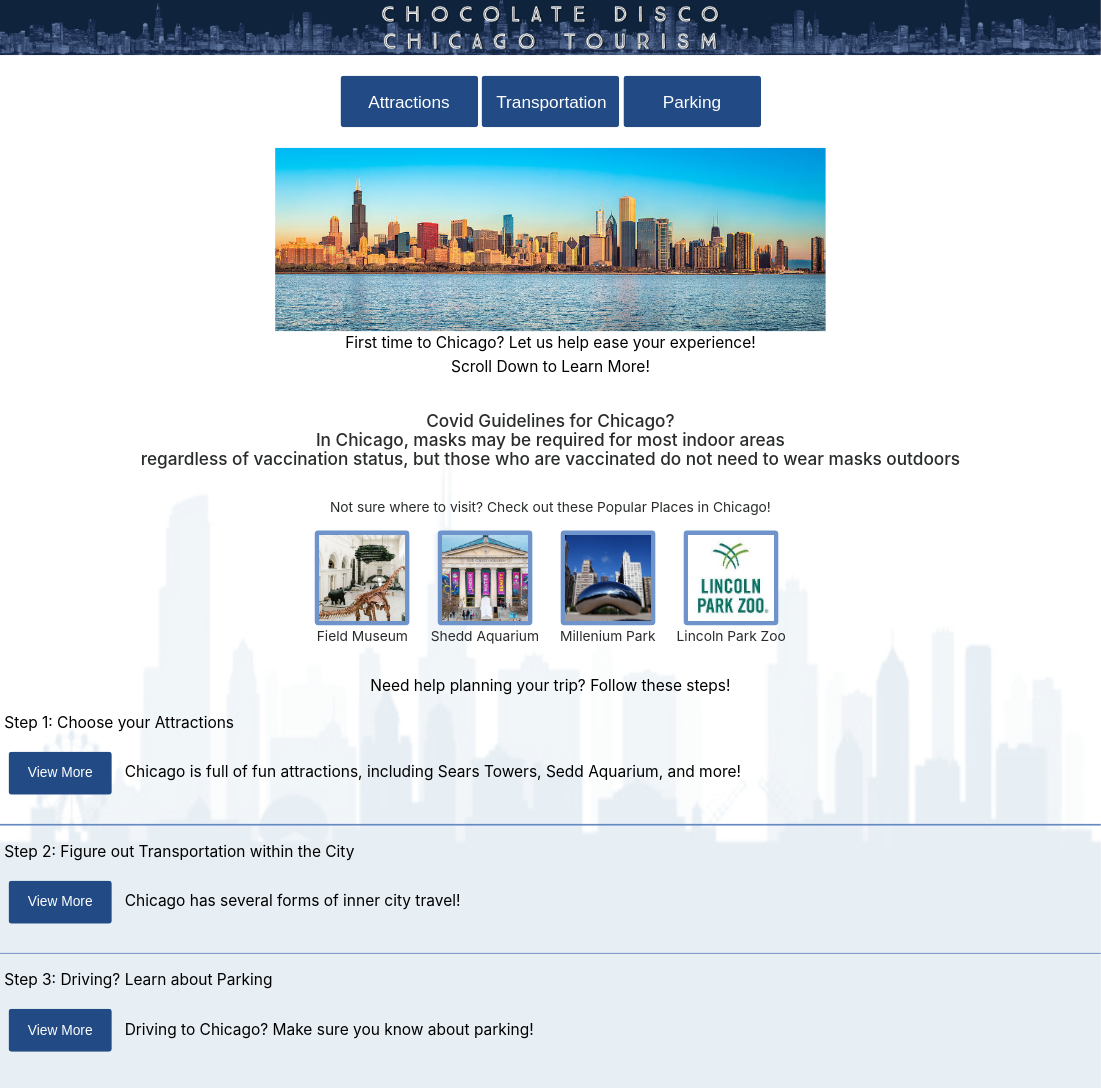
Repository: rkodit2/cs422project
Page: homepage.html
These files come from the project's save history. The page is drawn as it stood at one moment and after the next save; the edit follows.
The browser window is 1280 px wide. The pictures show the whole page, at 86% of full size.

Above is the page before, as saved 2021-11-26 14:39:42.

After the next save:
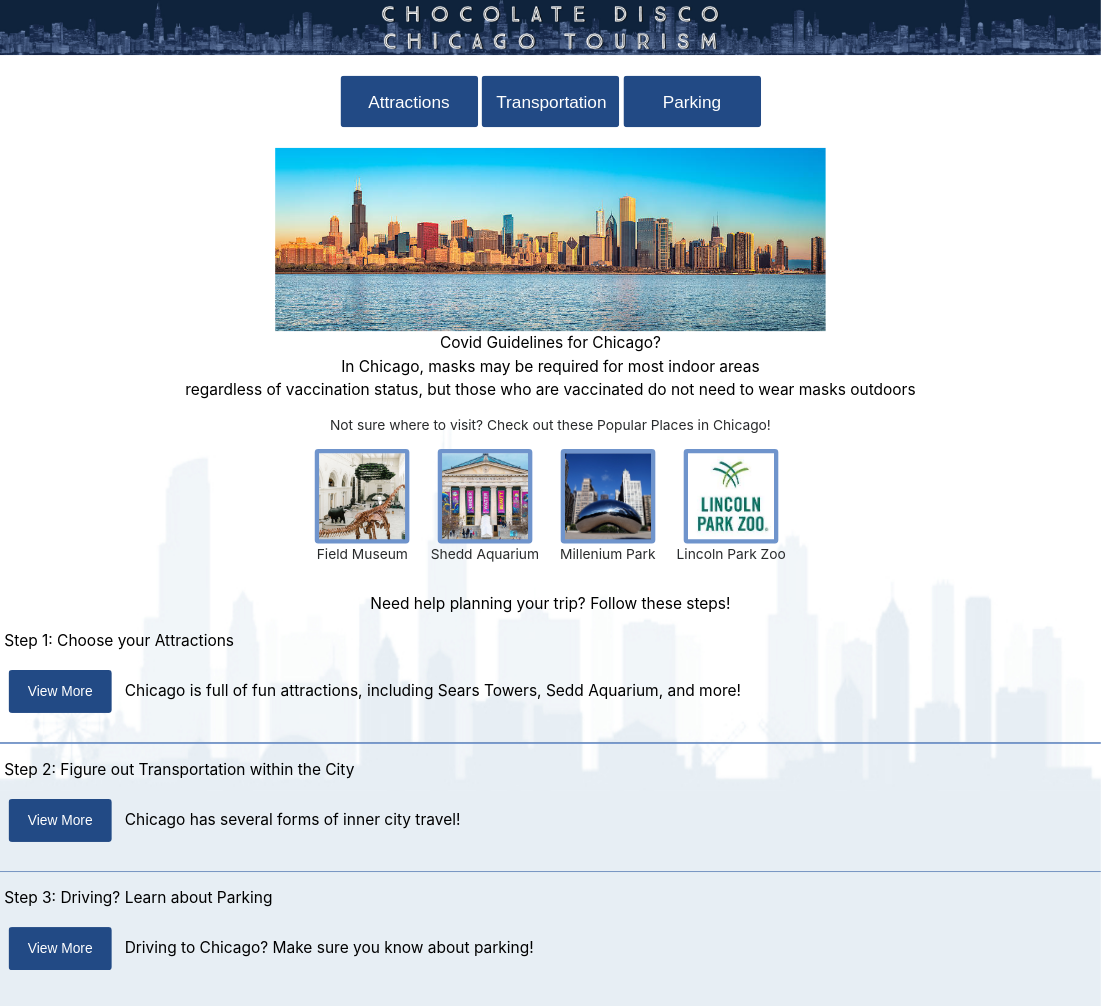
Saved 5 s later.
--- a/homepage.html
+++ b/homepage.html
@@ -30,7 +30,7 @@
     </div>
     <br>
     <img src="pictures/skyline.jpg" alt="mainpage skyline" class = "center">
-    <p style="font-size: 18px; color: black; text-align: center;""> First time to Chicago? Let us help ease your experience! <br> Scroll Down to Learn More!</p>
+    <p style="font-size: 18px; color: black; text-align: center;> First time to Chicago? Let us help ease your experience! <br> Scroll Down to Learn More!</p>
     <br>
     <h5 style = "text-align: center;">Covid Guidelines for Chicago? <br> In Chicago, masks may be required for most indoor areas <br> regardless of vaccination status, but those who are vaccinated do not need to wear masks outdoors </h5>
     <br>

After the save that followed:
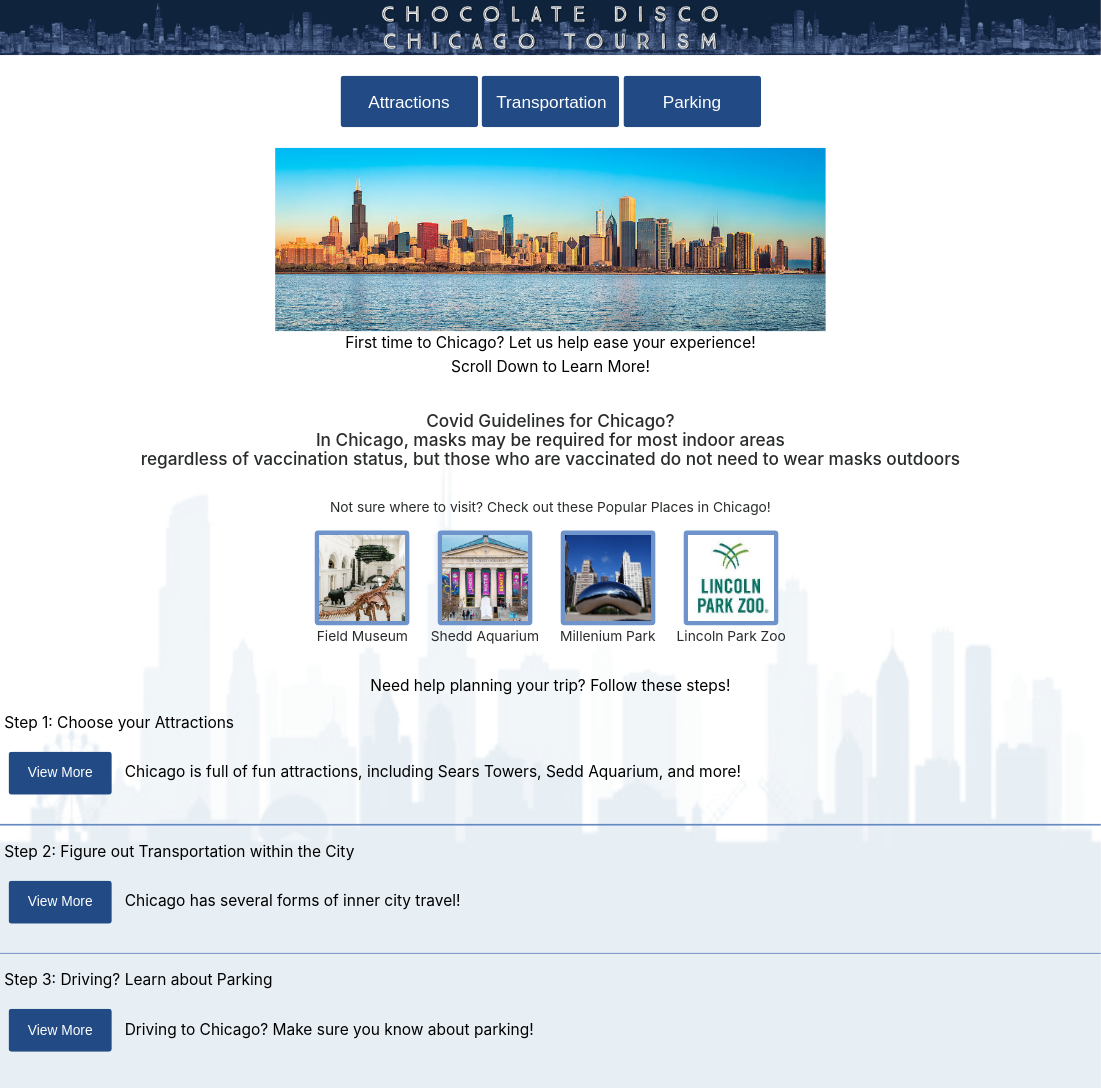
Saved 9 s later.
--- a/homepage.html
+++ b/homepage.html
@@ -30,7 +30,7 @@
     </div>
     <br>
     <img src="pictures/skyline.jpg" alt="mainpage skyline" class = "center">
-    <p style="font-size: 18px; color: black; text-align: center;> First time to Chicago? Let us help ease your experience! <br> Scroll Down to Learn More!</p>
+    <p style="font-size: 18px; color: black; text-align: center;"> First time to Chicago? Let us help ease your experience! <br> Scroll Down to Learn More!</p>
     <br>
     <h5 style = "text-align: center;">Covid Guidelines for Chicago? <br> In Chicago, masks may be required for most indoor areas <br> regardless of vaccination status, but those who are vaccinated do not need to wear masks outdoors </h5>
     <br>
